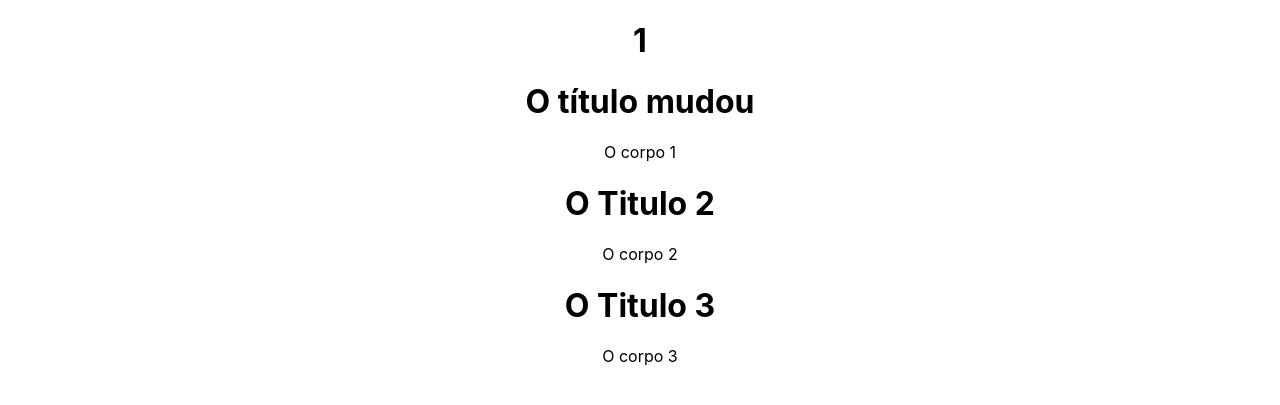
Repository: RobertoBaiochi/project-1
Page: /
The author's editor kept a copy of each file at every save. The page is drawn from the files as they stood at one save, then again after a run of saves.
The browser window is 1280 px wide. The pictures show the whole page.
The project was rebuilt for these pictures with package versions that can differ from the ones it lists, and the page was loaded fresh each time. Imported but missing from the stored project, and not drawn on this page: src/reportWebVitals.

Above is the page before, as saved 2022-11-15 23:02:55.

### src/App.js
import "./App.css";
import { Component } from "react";

class App extends Component {
  state = {
    counter: 0,
    posts: [
      {
        id: 1,
        title: "O Titulo 1",
        body: "O corpo 1",
      },
      {
        id: 2,
        title: "O Titulo 2",
        body: "O corpo 2",
      },
      {
        id: 3,
        title: "O Titulo 3",
        body: "O corpo 3",
      },
    ],
  };

  componentDidMount() {
    const { posts, counter } = this.state;

    posts[0].title = 'O título mudou'

    setTimeout(() => {
      this.setState({posts, counter: counter + 1})
    }, 2000);
  }

  handleTimeout = () => {

  }

  render() {
    const { posts, counter } = this.state;
    return (
      <div className="App">
        <h1>{counter}</h1>
        {posts.map((post) => {
          return (
            <div key={post.id} className="post">
              <h1>{post.title}</h1>
              <p>{post.body}</p>
            </div>
          );
        })}
      </div>
    );
  }
}

export default App;

Loaded but not shown: public/index.html (common file); src/index.js (common file); src/index.css (common file); src/App.css (common file)

After the next 3 saves:
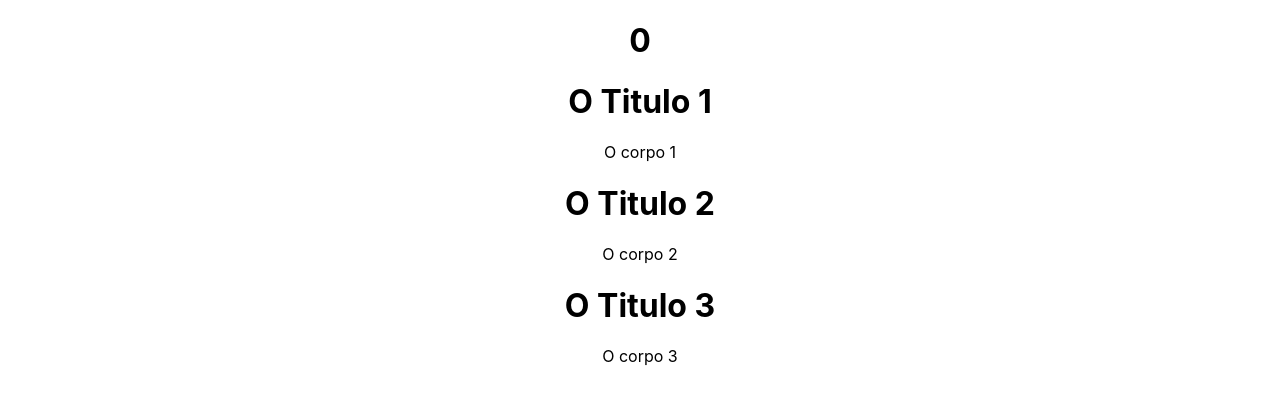
The 3 saves are shown as one change because they came seconds apart.
The last was saved 11 s later.
--- a/src/App.js
+++ b/src/App.js
@@ -23,19 +23,17 @@
     ],
   };
 
-  componentDidMount() {
+  componentDidMount() {}
+
+  handleTimeout = () => {
     const { posts, counter } = this.state;
 
-    posts[0].title = 'O título mudou'
+    posts[0].title = "O título mudou";
 
     setTimeout(() => {
-      this.setState({posts, counter: counter + 1})
+      this.setState({ posts, counter: counter + 1 });
     }, 2000);
-  }
-
-  handleTimeout = () => {
-
-  }
+  };
 
   render() {
     const { posts, counter } = this.state;

After the 3 saves that followed:
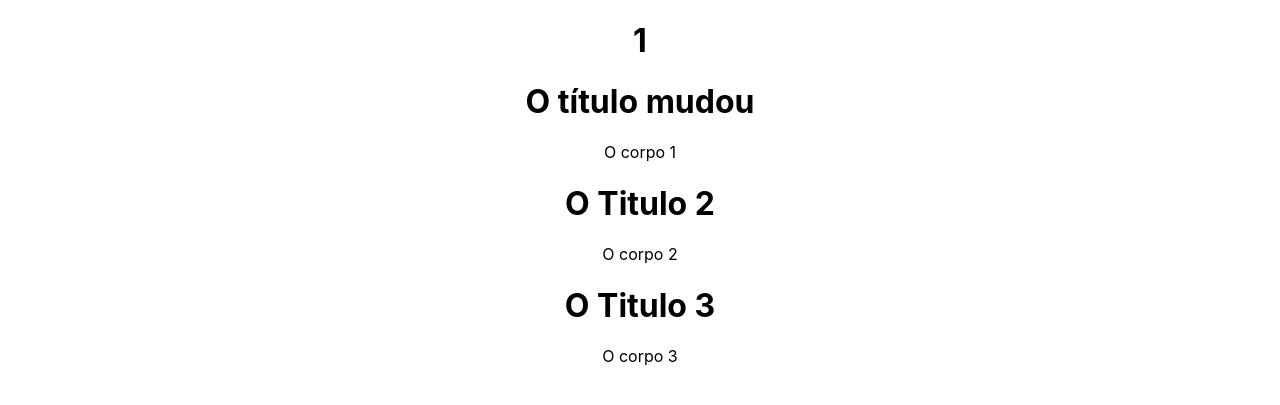
The 3 saves are shown as one change because they came seconds apart.
The last was saved 11 s later.
--- a/src/App.js
+++ b/src/App.js
@@ -23,7 +23,9 @@
     ],
   };
 
-  componentDidMount() {}
+  componentDidMount() {
+    this.handleTimeout();
+  }
 
   handleTimeout = () => {
     const { posts, counter } = this.state;
